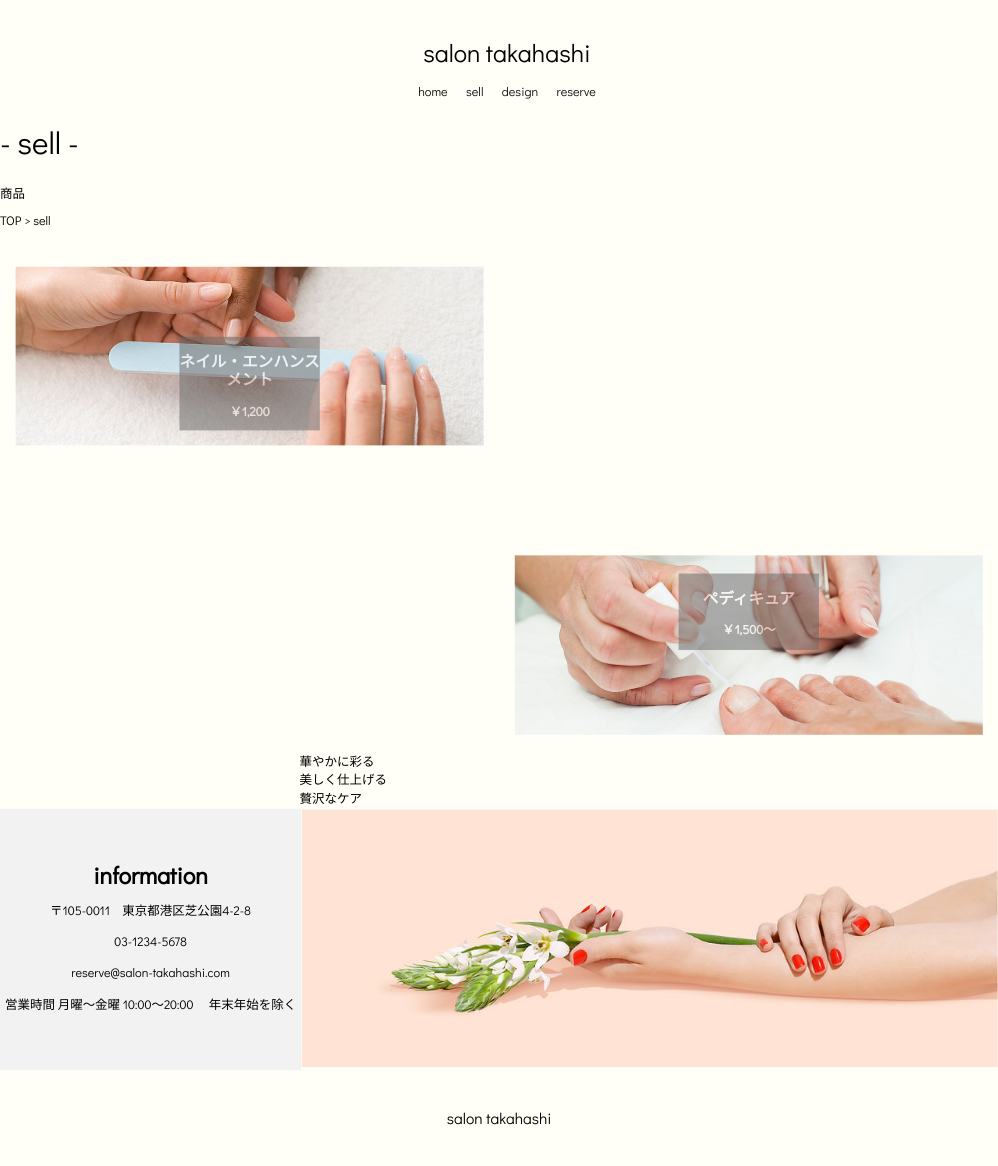
Repository: yukitakahashi1002/salontakahashi-
Page: sell.html
An editor plug-in stored every save of this project. The page is shown before and after the next save, followed by the edit.
The browser window is 1280 px wide. The pictures show the whole page, at 78% of full size.

Above is the page before, as saved 2023-08-02 01:35:14.

After the next save:
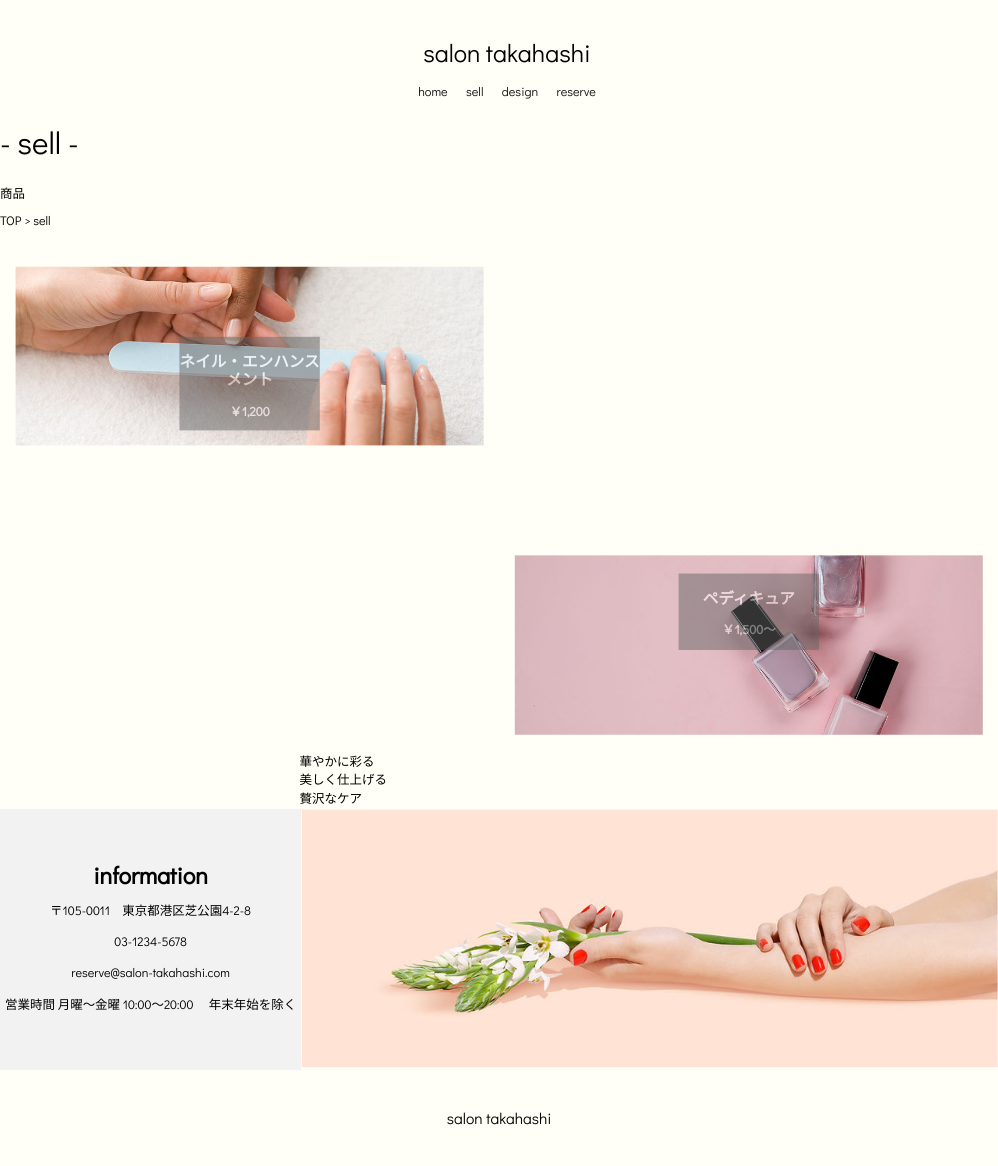
Saved 3 min 59 s later.
--- a/sell.html
+++ b/sell.html
@@ -34,14 +34,14 @@
                 </div>
                 <div id="menu-flex">
                     <div class="menu-flex-left">
-                        <img id="menu-photo1" src="images/5bf6e16609554325bf973714113b2404.jpg" alt="ネイル強化メニュー">
+                        <img id="menu-photo1" src="images/5bf6e16609554325bf973714113b2404.jpg" alt="プロ用爪やすり">
                         <div>
                             <h3>ネイル・エンハンスメント</h3>
                             <p>￥1,200</p>
                         </div>
                     </div>
                     <div class="menu-flex-right">
-                        <img id="menu-photo2" src="images/75d452f57d5d49689d22990be695edd7.jpg" alt="ペディキュアネイルメニュー" >
+                        <img id="menu-photo2" src="images/11062b_7d27fc5c07e74960b3757fe48325ce2c~mv2_d_6240_4160_s_4_2.jpg" alt="マニュキュア" >
                         <div>
                             <h3>ペディキュア</h3>
                             <p>￥1,500～</p>
